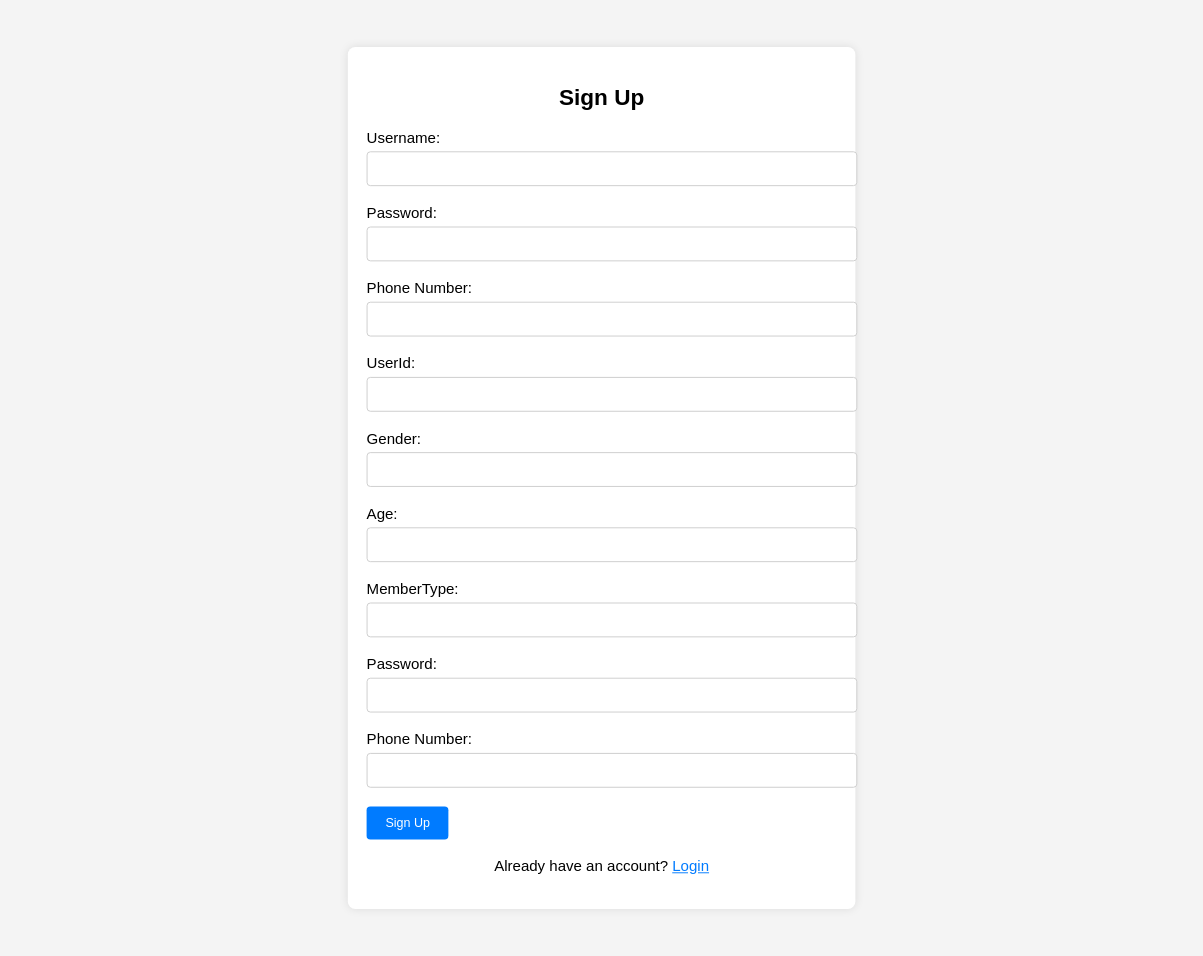
Repository: suryavishakan/parking_management
Page: http://localhost/signup
These files come from the project's save history. The page is drawn as it stood at one moment and after the next save; the edit follows.
The browser window is 1280 px wide. The pictures show the whole page, at 94% of full size.
The page is served by the project's application, run on Flask 3 (app.py).

Above is the page before, as saved 2024-04-20 13:39:11.

### templates/signup.html
<!-- signup.html -->

<!DOCTYPE html>
<html lang="en">
<head>
    <meta charset="UTF-8">
    <meta name="viewport" content="width=device-width, initial-scale=1.0">
    <title>Sign Up</title>
    <style>
        body {
            font-family: Arial, sans-serif;
            margin: 0;
            padding: 0;
            background-color: #f4f4f4;
        }
        .container {
            width: 100%;
            max-width: 500px;
            margin: 50px auto;
            padding: 20px;
            background-color: #fff;
            border-radius: 8px;
            box-shadow: 0 0 10px rgba(0, 0, 0, 0.1);
        }
        h2 {
            text-align: center;
            margin-bottom: 20px;
        }
        form {
            margin-bottom: 20px;
        }
        label {
            display: block;
            margin-bottom: 5px;
        }
        input[type="text"],
        input[type="password"],
        input[type="phoneNumber"] {
            width: 100%;
            padding: 10px;
            margin-bottom: 20px;
            border: 1px solid #ccc;
            border-radius: 4px;
        }
        button[type="submit"] {
            background-color: #007bff;
            color: #fff;
            border: none;
            padding: 10px 20px;
            border-radius: 4px;
            cursor: pointer;
        }
        button[type="submit"]:hover {
            background-color: #0056b3;
        }
        p {
            text-align: center;
        }
        a {
            color: #007bff;
        }
    </style>
</head>
<body>
    <div class="container">
        <h2>Sign Up</h2>
        {% with messages = get_flashed_messages() %}
            {% if messages %}
                <ul>
                    {% for message in messages %}
                        <li>{{ message }}</li>
                    {% endfor %}
                </ul>
            {% endif %}
        {% endwith %}
        <form action="{{ url_for('signup') }}" method="POST">
            <label for="username">Username:</label>
            <input type="text" id="username" name="username" required>
            <label for="password">Password:</label>
            <input type="password" id="password" name="password" required>
            <label for="phoneNumber">Phone Number:</label>
            <input type="phoneNumber" id="phoneNumber" name="phoneNumber" required>
            <label for="userId">UserId:</label>
            <input type="text" id="userId" name="userId" required>
            <label for="gender">Gender:</label>
            <input type="text" id="gender" name="gender" required>
            <label for="age">Age:</label>
            <input type="text" id="age" name="age" required>

            <label for="memberType">MemberType:</label>
            <input type="text" id="" name="username" required>
            <label for="password">Password:</label>
            <input type="password" id="password" name="password" required>
            <label for="phoneNumber">Phone Number:</label>
            <input type="phoneNumber" id="phoneNumber" name="phoneNumber" required>
            <button type="submit">Sign Up</button>
        </form>
        <p>Already have an account? <a href="{{ url_for('login') }}">Login</a></p>
    </div>
</body>
</html>

### app.py
from flask import Flask, Response, request, render_template, jsonify, redirect, url_for, request, flash, session
import pymongo
import secrets
import json
from bson.objectid import ObjectId
from bson.json_util import dumps
from functools import wraps

app=Flask(__name__ , template_folder='templates')
app.secret_key = secrets.token_hex(32)

try:
    mongo = pymongo.MongoClient(
        host = 'localhost',
        port = 27017,
        serverSelectionTimeoutMS = 1000
    )
    db = mongo.ParkingManagementSystemDb #connect to mongodb1
    users_collection = db.admin
    user_collection = db["customer"]
    #cart_collection = db["cart"]
    mongo.server_info() #trigger exception if cannot connect to db
except:
    print("Error connecting to MongoDB")

@app.route('/get/admin', methods=['GET'])
def displayall():
  try:
    documents = db.admin.find()
    output = [{item: data[item] for item in data if item != '_id'} for data in documents]
    return jsonify(output)
  except Exception as ex:
    response = Response("Search Records Error!!",status=500,mimetype='application/json')
    return response

# Route for signup page
@app.route('/signup', methods=['GET', 'POST'])
def signup():
    if request.method == 'POST':
        # Get form data
        username = request.form['username']
        password = request.form['password']

        # Check if username already exists
        if user_collection.find_one({'username': username}):
            flash('Username already exists. Please choose a different one.', 'error')
            return redirect(url_for('signup'))

        # Insert user data into database
        user_data = {'username': username, 'password': password}
        user_collection.insert_one(user_data)

        flash('Signup successful. You can now login.', 'success')
        return redirect(url_for('login'))

    return render_template('signup.html')

# Route to get an employee by name
@app.route('/get/user/<user_name>', methods=['GET'])
def get_user_by_name(user_name):
    try:
        # Using a case-insensitive query to match employee name
        document = db.user.find_one({"user_name": {"$regex": f'^{user_name}$', "$options": 'i'}})

        if document:
            # Exclude _id field from the response
            output = {item: document[item] for item in document if item != '_id'}
            return jsonify(output)
        else:
            return Response("USER not found", status=404, mimetype='application/json')

    except Exception as ex:
        app.logger.error(f"Error retrieving user by name: {ex}")
        return Response("Internal Server Error", status=500, mimetype='application/json')

# Route to get all employees
@app.route('/get/allusers', methods=['GET'])
def get_all_users():
    try:
        # Fetch all documents from the 'employee' collection
        documents = db.user.find()

        # Format the response excluding the _id field
        output = [{item: data[item] for item in data if item != '_id'} for data in documents]

        return jsonify(output)

    except Exception as ex:
        app.logger.error(f"Error retrieving all employees: {ex}")
        return Response("Internal Server Error", status=500, mimetype='application/json')

# Route to update employee details by name
@app.route('/update/user/<user_name>', methods=['PUT'])
def update_user_by_name(user_name):
    try:
        # Using a case-insensitive query to match employee name
        result = db.user.update_one(
            {"employee_name": {"$regex": f'^{user_name}$', "$options": 'i'}},
            {"$set": request.get_json()}
        )

        if result.modified_count > 0:
            return Response("User details updated successfully", status=200, mimetype='application/json')
        else:
            return Response("User not found", status=404, mimetype='application/json')

    except Exception as ex:
        app.logger.error(f"Error updating User details by name: {ex}")
        return Response("Internal Server Error", status=500, mimetype='application/json')

@app.route('/')
def homePage():
    try:
        # Fetch all products from the database
        products_cursor = db.product.find()

        # Convert the cursor to a list of dictionaries
        products = list(products_cursor)

        return render_template('homePage.html', products=products)
    except Exception as ex:
        app.logger.error(f"Error fetching products: {ex}")
        flash('Error fetching products', 'error')
        return render_template('homePage.html', products=[])

# Flask route to render the profile page
@app.route('/profile')
def profile():
    try:
        # Assuming you have a collection named 'users' in your MongoDB
        # Fetch user details from the 'users' collection
        user = db.user.find_one({'username': session['username']})

        if user:
            # Render the profile template with the user details
            return render_template('profile.html', user=user)
        else:
            flash('User details not found', 'error')
            return redirect(url_for('login'))
    except Exception as ex:
        app.logger.error(f"Error fetching user details: {ex}")
        flash('Error fetching user details', 'error')
        return redirect(url_for('login'))

@app.route('/select_user_type', methods=['POST'])
def select_user_type():
    user_type = request.form.get('userType')

    if user_type == 'admin':
        return redirect(url_for('login'))
    elif user_type == 'user':
        return redirect(url_for('login'))
    else:
        flash('Invalid user type selected', 'error')
        return redirect(url_for('index'))

# Update the Flask route for handling login
@app.route('/login', methods=['GET', 'POST'])
def login():
    if request.method == 'POST':
        username = request.form.get('username')
        password = request.form.get('password')

        # Query MongoDB for admin details
        admin_user = users_collection.find_one({'username': username, 'password': password})

        if admin_user:
            # Store admin credentials in the session
            session['username'] = username
            session['password'] = password

            return redirect(url_for('admin_panel'))
        else:
            # Query MongoDB for user details
            user_user = db.user.find_one({'username': username, 'password': password})

            if user_user:
                # Store user credentials in the session
                session['username'] = username
                session['password'] = password

                return redirect(url_for('user_details'))
            else:
                flash('Invalid username or password', 'error')

    return render_template('login.html')


# New route for employee details
@app.route('/user_details')
def user_details():
    # Check if user is authenticated as an employee
    try:
    # if 'username' in session and 'password' in session == 'employee':
        # Fetch employee details based on the stored credentials
        user = db.user.find_one({'username': session['username'], 'password': session['password']})

        if user:
            return render_template('user_details.html', user=user)
        else:
            flash('Unauthorized access', 'error')
            return redirect(url_for('login'))

    except Exception as ex:
        app.logger.error(f"Error fetching user data: {ex}")
        flash(f'Error fetching user data: {ex}', 'error')

    return render_template('user_details.html', user={})

# Route to render the update employee page
@app.route('/update_user/<user_name>', methods=['GET', 'POST'])
def update_user_page(user_name):
    try:
        # Fetch the employee details from the database using the employee name
        user = db.user.find_one({"user_name": {"$regex": f'^{user_name}$', "$options": 'i'}})

        if user:
            # Render the update employee page with the employee details
            return render_template('update_user.html', user=user)
        else:
            return Response("User not found", status=404, mimetype='application/json')

    except Exception as ex:
        app.logger.error(f"Error rendering update_user page: {ex}")
        return Response("Internal Server Error", status=500, mimetype='application/json')

# Route to handle the form submission for updating employee details
@app.route('/submit_update_user/<user_name>', methods=['POST'])
def submit_update_user(user_name):
    try:
        # Use the employee name parameter to identify the employee being updated
        user_name = user_name

        # Update the employee details in the database using request.form.to_dict()
        updated_user_data = request.form.to_dict()

        # Assuming you have a 'employee' collection in your MongoDB
        result = db.user.update_one(
            {"user_name": {"$regex": f'^{user_name}$', "$options": 'i'}},
            {"$set": request.form.to_dict()}
        )

        if result.modified_count > 0:
            flash('user details updated successfully', 'success')
        else:
            flash('user not found', 'error')

    except Exception as ex:
        app.logger.error(f"Error updating user details: {ex}")
        flash('Error updating user details', 'error')

    # Redirect to the admin page after the update
    return redirect(url_for('admin'))

# Route for admin panel
@app.route('/admin', methods=['GET', 'POST'])
def admin_panel():
    if 'username' in session and 'password' in session:
        # Check if the user is an admin
        admin_user = users_collection.find_one({'username': session['username'], 'password': session['password']})
        if admin_user:
            # Render the admin panel page
            return render_template('admin.html')

    # If user is not authenticated or not an admin, redirect to login page
    flash('Unauthorized access', 'error')
    return redirect(url_for('login'))


if __name__ == '__main__':
    app.run(port=5000, debug=True)

After the next save:
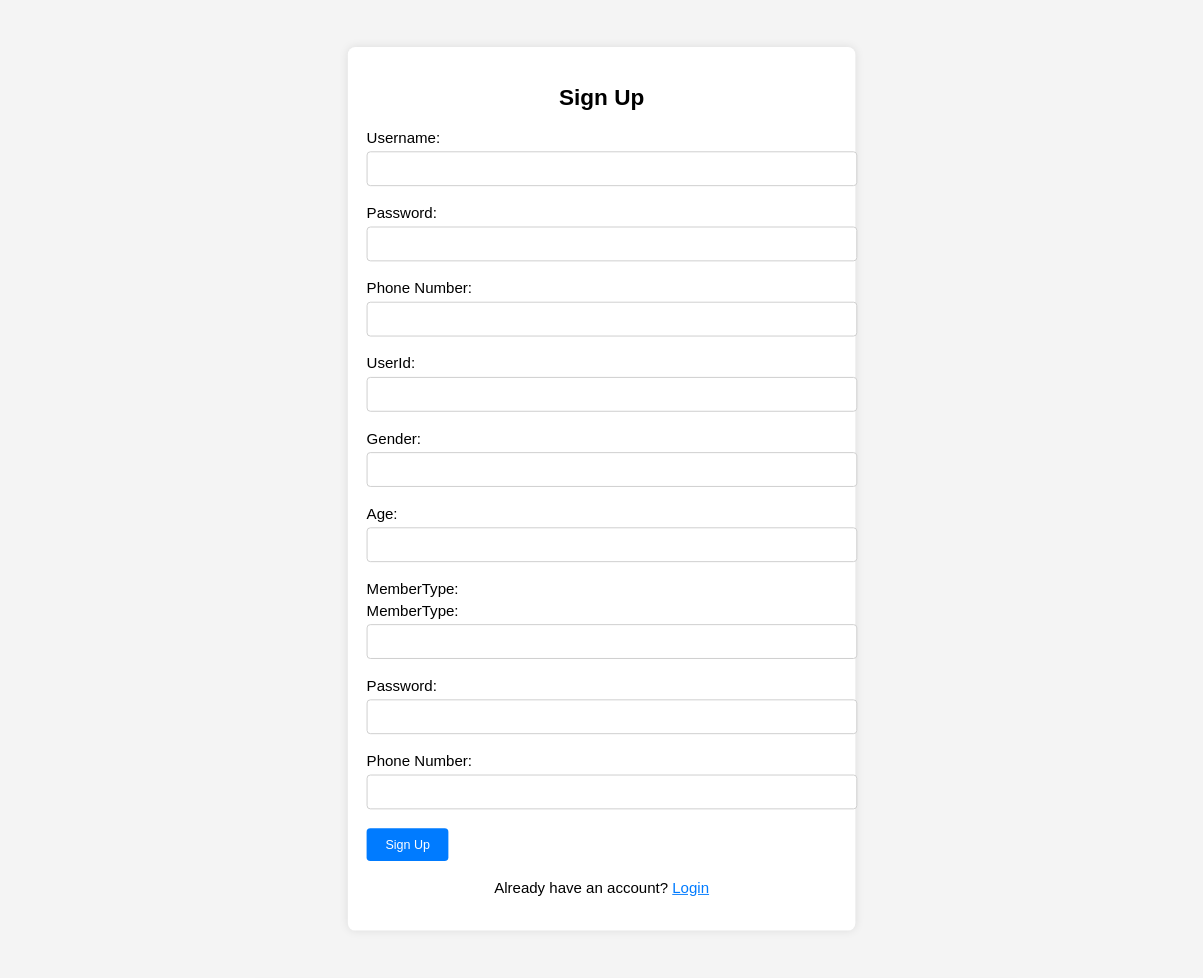
Saved 6 s later.
--- a/templates/signup.html
+++ b/templates/signup.html
@@ -88,6 +88,7 @@
             <input type="text" id="age" name="age" required>
 
             <label for="memberType">MemberType:</label>
+            <label for="memberType">MemberType:</label>
             <input type="text" id="" name="username" required>
             <label for="password">Password:</label>
             <input type="password" id="password" name="password" required>
